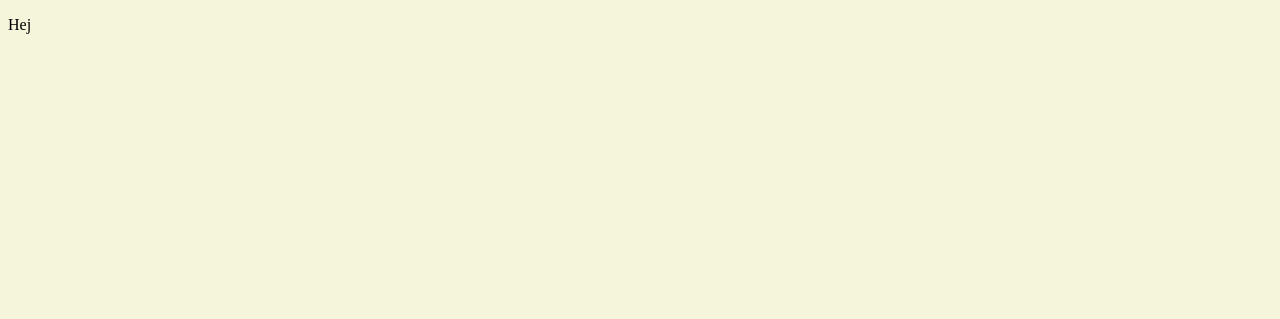
Repository: mi222ep/1dv403-laborationer
Page: 3-gameon/memory/index.html
The author's editor kept a record of every edit. The page is drawn from the files as they stood at one moment, then again after the next edit.
The browser window is 1280 px wide. The pictures show the whole page.

Above is the page before.
Console error: TypeError: Cannot set properties of undefined (setting 'innerHTML')

After the next edit:
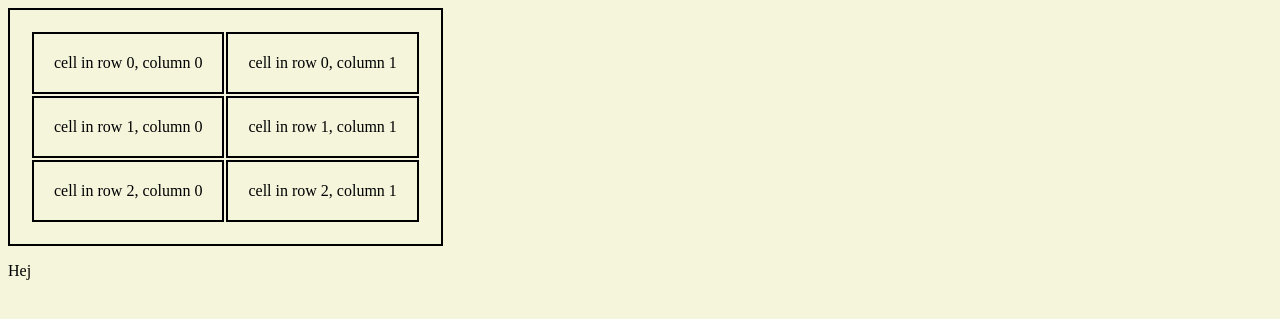
The error is gone.
The edit:
--- a/3-gameon/memory/script/memory.js
+++ b/3-gameon/memory/script/memory.js
@@ -14,9 +14,6 @@
     },
     RenderTable: function(rows, cols){
         var table = document.createElement("table");
-
-
-        td.innerHTML = ("Hej hej");
 
         for (var i = 0; i < rows; i++){
             var tr = document.createElement("tr");
